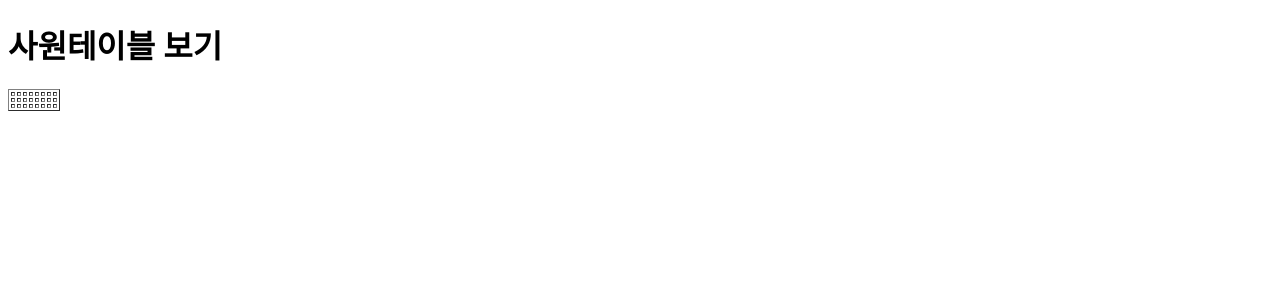
Repository: saysang22/servlet
Page: http://localhost/controllerMVC1/list.jsp
These files come from the project's save history. The page is drawn as it stood at one moment and after the next save; the edit follows.
The browser window is 1280 px wide. The pictures show the whole page.
The page is served by Tomcat 10.

Above is the page before, as saved 2024-06-04 02:45:24.

After the next save:
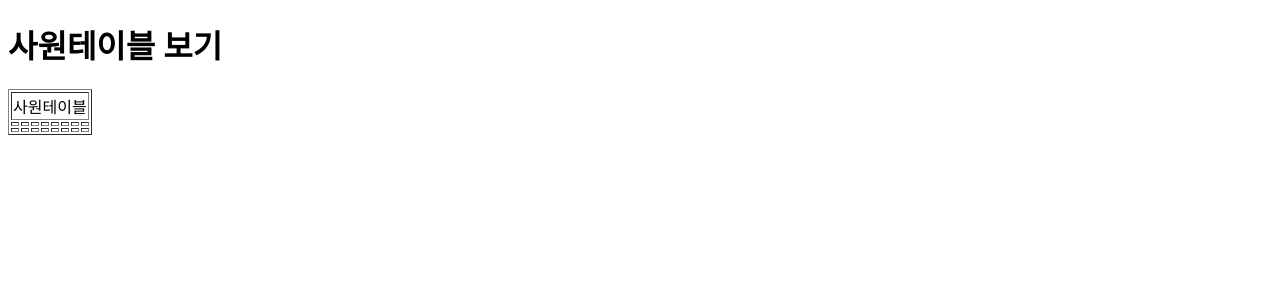
Saved 32 s later.
--- a/controllerMVC1/src/main/webapp/list.jsp
+++ b/controllerMVC1/src/main/webapp/list.jsp
@@ -12,14 +12,7 @@
 	<h1>사원테이블 보기</h1>
 	<table border="1">
 		<tr>
-			<td></td>
-			<td></td>
-			<td></td>
-			<td></td>
-			<td></td>
-			<td></td>
-			<td></td>
-			<td></td>
+			<td colspan="8">사원테이블</td>
 		</tr>
 
 		<tr>
